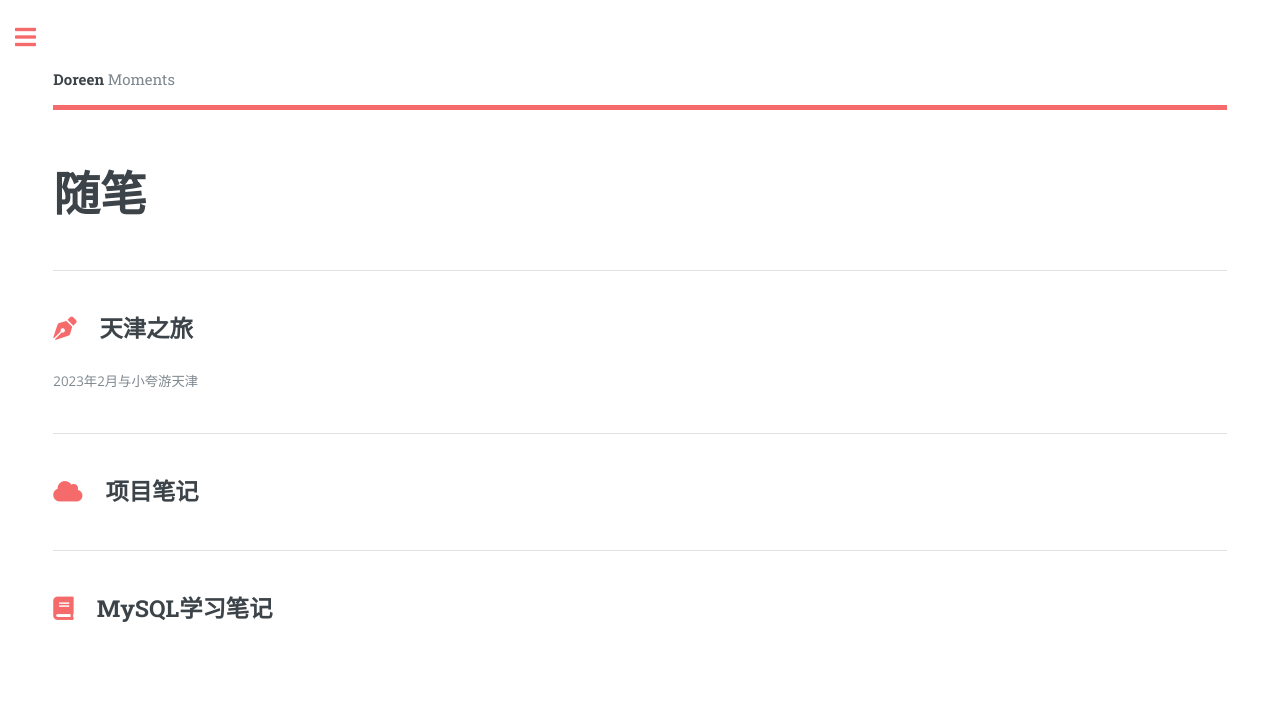
Repository: Hpz3859/Hpz3859.github.io
Page: Moments.html
These files come from the project's save history. The page is drawn as it stood at one moment and after the next save; the edit follows.
The browser window is 1280 px wide. The pictures show the whole page.

Above is the page before, as saved 2025-03-19 18:06:54.

### Moments.html
<!DOCTYPE HTML>
<!--
	Editorial by HTML5 UP
	html5up.net | @ajlkn
	Free for personal and commercial use under the CCA 3.0 license (html5up.net/license)
-->
<html>
	<head>
		<title>Doreen Moments</title>
		<meta charset="utf-8" />
		<meta name="viewport" content="width=device-width, initial-scale=1, user-scalable=no" />
		<link rel="stylesheet" href="assets/css/main.css" />
	</head>
	<body class="is-preload">

		<!-- Wrapper -->
			<div id="wrapper">

				<!-- Main -->
					<div id="main">
						<div class="inner">

							<!-- Header -->
								<header id="header">
									<a href="moments.html" class="logo"><strong>Doreen</strong>  Moments</a>

								</header>

							<!-- Content -->
								<section>
									<header class="main">
										<h1>随笔</h1>
									</header>
										<!-- Content -->
										<hr class="major" />

										<div class="content">
											<h2>
												<span class="icon solid fa-pen-nib" style="color: #f56a6a;"></span>
												&nbsp;&nbsp;
												<a href="tianjin_2023_02.html" class="logo">天津之旅</a>
											</h2>
											<p>2023年2月与小夸游天津</p>
										</div>


										<hr class="major" />

										<div class="content">
											<h2>
												<span class="icon solid fa-cloud" style="color: #f56a6a;"></span>
												&nbsp;&nbsp;
												<a href="#" class="logo">项目笔记</a>
											</h2>
										</div>

										<hr class="major" />

										<div class="content">
											<h2>
												<span class="icon solid fa-book" style="color: #f56a6a;"></span>
												&nbsp;&nbsp;
												<a href="mysql.html" class="logo">MySQL学习笔记</a>
											</h2>
										</div>


								</section>

						</div>
					</div>

				<!-- Sidebar -->
					<div id="sidebar">
						<div class="inner">

							<!-- Search -->
								<section id="search" class="alt">
									<form method="post" action="#">
										<input type="text" name="query" id="query" placeholder="Search" />
									</form>
								</section>

							<!-- Menu -->
								<nav id="menu">
									<header class="major">
										<h2>目录</h2>
									</header>
									<ul>
										<li><a href="./index.html">主页</a></li>
										<li>
											<span class="opener">文章</span>
											<ul>
												<li><a href="experience.html">过往经历</a></li>
												<li><a href="#">数据挖掘</a></li>
												<li><a href="#">量化与投资</a></li>
												<li><a href="#">随笔</a></li>
											</ul>
										</li>
										<li>
											<span class="opener">视频</span>
											<ul>
												<li><a href="#">待更新</a></li>
												<li><a href="#">待更新</a></li>
											</ul>
										</li>

									</ul>
								</nav>


							<!-- Section -->
								<section>
									<header class="major">
										<h2>联系我</h2>
									</header>
									<p> </p>
									<ul class="contact">
										<li class="icon solid fa-envelope"><a href="#">h18286003859@163.com</a></li>
										<li class="icon solid fa-phone">(+86)13001993255</li>
										<!-- 地址
										<li class="icon solid fa-home"></li>
										-->
									</ul>
								</section>

							<!-- Footer -->
							 <!--
								<footer id="footer">
									<p class="copyright">&copy; Untitled. All rights reserved. Demo Images: <a href="https://unsplash.com">Unsplash</a>. Design: <a href="https://html5up.net">HTML5 UP</a>.</p>
								</footer>
							-->

						</div>
					</div>

			</div>

		<!-- Scripts -->
			<script src="assets/js/jquery.min.js"></script>
			<script src="assets/js/browser.min.js"></script>
			<script src="assets/js/breakpoints.min.js"></script>
			<script src="assets/js/util.js"></script>
			<script src="assets/js/main.js"></script>

	</body>
</html>

Loaded but not shown: assets/js/jquery.min.js (library); assets/js/browser.min.js (common file); assets/js/breakpoints.min.js (common file); assets/css/fontawesome-all.min.css (library); assets/js/util.js (587 lines, source omitted); assets/js/main.js (262 lines, source omitted); assets/css/main.css (2273 lines, source omitted)

After the next save:
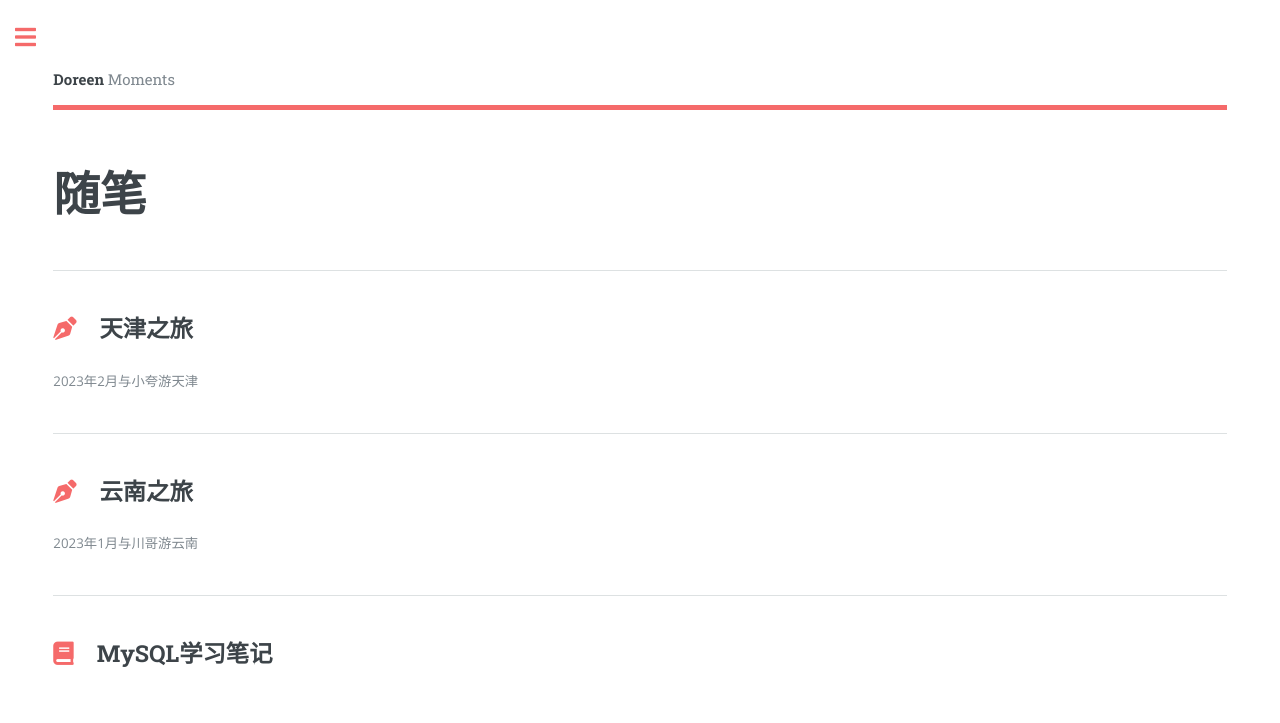
Saved 114 s later.
--- a/Moments.html
+++ b/Moments.html
@@ -48,10 +48,11 @@
 
 										<div class="content">
 											<h2>
-												<span class="icon solid fa-cloud" style="color: #f56a6a;"></span>
+												<span class="icon solid fa-pen-nib" style="color: #f56a6a;"></span>
 												&nbsp;&nbsp;
-												<a href="#" class="logo">项目笔记</a>
+												<a href="#" class="logo">云南之旅</a>
 											</h2>
+											<p>2023年1月与川哥游云南</p>
 										</div>
 
 										<hr class="major" />
